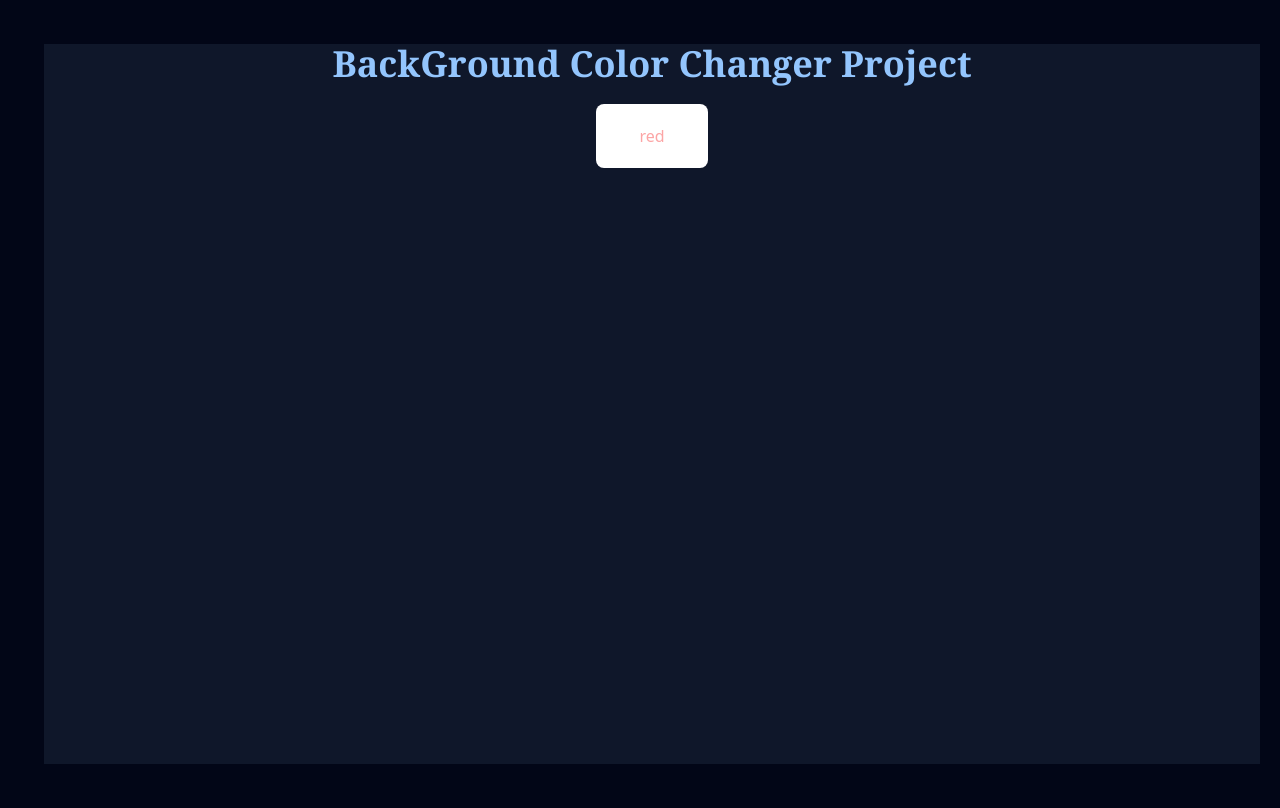
Repository: ChaitanyMishra/react-daily-work
Page: / (app in day-04-react/bg_color_changer/)
These files come from the project's save history. The page is drawn as it stood at one moment and after the next save; the edit follows.
The browser window is 1280 px wide. The pictures show the whole page.
The project was rebuilt for these pictures with package versions that can differ from the ones it lists, and the page was loaded fresh each time. Also part of the build but not shown: day-04-react/bg_color_changer/vite.config.js.

Above is the page before, as saved 2025-06-20 16:50:26.

After the next save:
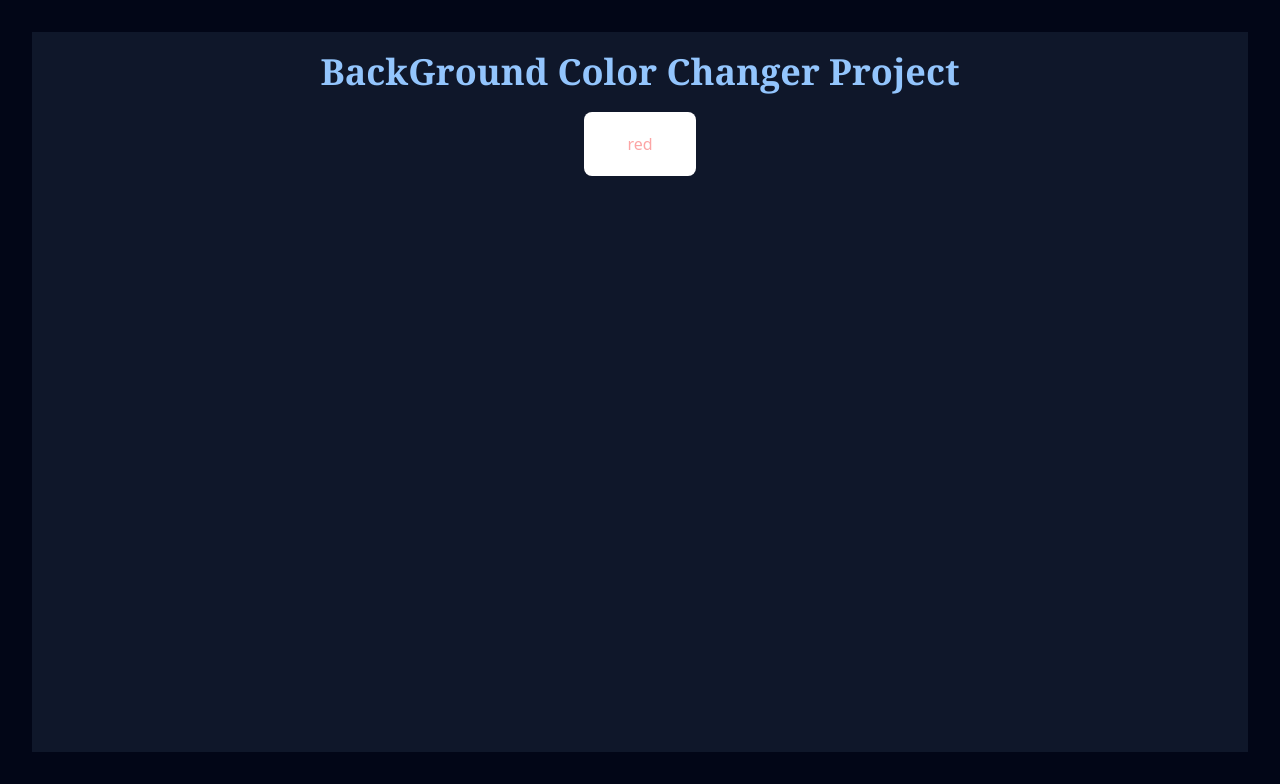
Saved 6 s later.
--- a/day-04-react/bg_color_changer/src/App.jsx
+++ b/day-04-react/bg_color_changer/src/App.jsx
@@ -7,7 +7,7 @@ function App() {
   const [colorState , changeColor] = useState("olvie")
 
   return (
-    <div className='w-full h-screen bg-slate-900 m-3'>
+    <div className='w-full h-screen bg-slate-900 p-5'>
     <h1 className='text-4xl font-serif font-bold text-blue-300 '>BackGround Color Changer Project</h1>
      <button className="bg-white text-red-300 m-5 p-5 rounded-lg w-[7rem]  ">red</button>
     <ColorChangeButton />
